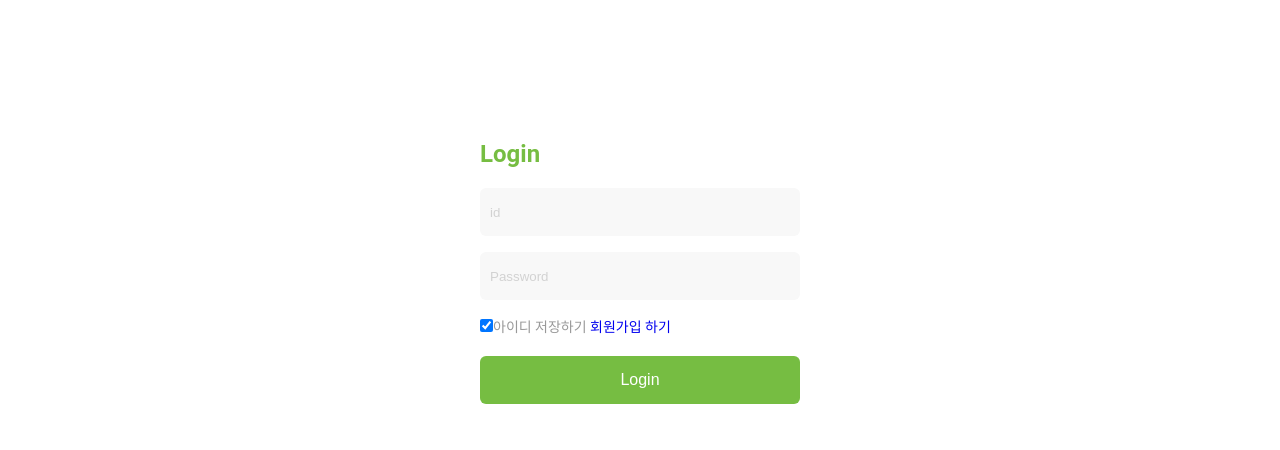
Repository: misosiruda/portfolio
Page: http://localhost/mallwithjsp/login/loginform.jsp
The author's editor kept a copy of each file at every save. The page is drawn from the files as they stood at one save, then again after the next save.
The browser window is 1280 px wide. The pictures show the whole page.
Some web libraries are served in a nearby version. The page is served by Tomcat 9. Other server files are loaded and not shown.

Above is the page before, as saved 2024-03-25 06:46:40.

### mallwithjsp/src/main/webapp/login/loginform.jsp
<%@ page language="java" contentType="text/html; charset=UTF-8"
	pageEncoding="UTF-8"%>
<%@ taglib prefix="c" uri="http://java.sun.com/jsp/jstl/core"%>
<!DOCTYPE html>
<html>

<head>
<meta charset="UTF-8">
<title>로그인 창</title>
<style>
* {
	padding: 0;
	margin: 0;
	border: none;
}

body {
	font-size: 14px;
	font-family: 'Roboto', sans-serif;
}

.login-wrapper {
	margin: 100px auto;
	width: 400px;
	height: 350px;
	padding: 40px;
	box-sizing: border-box;
}

.login-wrapper>h2 {
	font-size: 24px;
	color: #76bd42;
	margin-bottom: 20px;
}

#login-form>input {
	width: 100%;
	height: 48px;
	padding: 0 10px;
	box-sizing: border-box;
	margin-bottom: 16px;
	border-radius: 6px;
	background-color: #F8F8F8;
}

#login-form>input::placeholder {
	color: #D2D2D2;
}

#login-form>input[type="submit"] {
	color: #fff;
	font-size: 16px;
	background-color: #76bd42;
	margin-top: 20px;
}

#login-form>input[type="checkbox"] {
	display: none;
}

#login-form>label {
	color: #999999;
}

#login-form input[type="checkbox"]+label {
	cursor: pointer;
	padding-left: 26px;
	background-image: url("checkbox.png");
	background-repeat: no-repeat;
	background-size: contain;
}

#login-form input[type="checkbox"]:checked+label {
	background-image: url("checkbox-active.png");
	background-repeat: no-repeat;
	background-size: contain;
}

a {
	text-decoration: none;
}

</style>
<script type="text/javascript"
	src="https://code.jquery.com/jquery-1.10.2.min.js"></script>
</head>

<body>
	<div class="login-wrapper">
		<h2>Login</h2>
		<form method="post"
			action="http://localhost:8080/mallwithjsp/manager.do?command=login_check"
			id="login-form" name="frm">
			<input type="hidden" name="check" value="${check}">
			<input type="text" name="userid" placeholder="id">
			<input type="password" name="userpass" placeholder="Password">
			<label for="remember-check">
			<input type="checkbox" id="remember-check">아이디 저장하기
			<a href="./signaccountform.jsp">회원가입 하기</a>
			</label>
			<input type="submit" value="Login" onclick="return loginNullCheck()">
		</form>
	</div>
	<!-- 쿠키 이용한 아이디 저장 기능 스크립트 -->
	<script>
		$(document).ready(function() {
			var key = getCookie("idChk"); //user1
			if (key != "") {
				$("#userid").val(key);
			}

			if ($("#userid").val() != "") {
				$("#remember-check").attr("checked", true);
			}

			$("#remember-check").change(function() {
				if ($("#remember-check").is(":checked")) {
					setCookie("idChk", $("#userid").val(), 7);
				} else {
					deleteCookie("idChk");
				}
			});

			$("#userid").keyup(function() {
				if ($("#remember-check").is(":checked")) {
					setCookie("idChk", $("#userid").val(), 7);
				}
			});
		});
		function setCookie(cookieName, value, exdays) {
			var exdate = new Date();
			exdate.setDate(exdate.getDate() + exdays);
			var cookieValue = escape(value)
					+ ((exdays == null) ? "" : "; expires="
							+ exdate.toGMTString());
			document.cookie = cookieName + "=" + cookieValue;
		}

		function deleteCookie(cookieName) {
			var expireDate = new Date();
			expireDate.setDate(expireDate.getDate() - 1);
			document.cookie = cookieName + "= " + "; expires="
					+ expireDate.toGMTString();
		}

		function getCookie(cookieName) {
			cookieName = cookieName + '=';
			var cookieData = document.cookie;
			var start = cookieData.indexOf(cookieName);
			var cookieValue = '';
			if (start != -1) {
				start += cookieName.length;
				var end = cookieData.indexOf(';', start);
				if (end == -1)
					end = cookieData.length;
				cookieValue = cookieData.substring(start, end);
			}
			return unescape(cookieValue);
		}
	</script>
	<!-- 아이디 비번 체크 스크립트 -->
    <script src="../js/idpasscheck.js"></script>
	<script>
		//로드 될때 실행하는 코드
		if (document.frm.check.value == "wrong_userid") {
			alert("해당하는 아이디가 없습니다.");
		} else if (document.frm.check.value == "wrong_userpass") {
			alert("비밀번호가 틀렸습니다.");
		}
	</script>
</body>

</html>

### mallwithjsp/src/main/webapp/js/idpasscheck.js
function loginNullCheck()
{
    if (document.frm.userid.value.length === 0)
    {
        alert("아이디를 입력하세요.");
        return false;
    }
    if (document.frm.userpass.value.length === 0)
    {
        alert("비밀번호를 입력하세요.");
        return false;
    }
    return true;
}

After the next save:
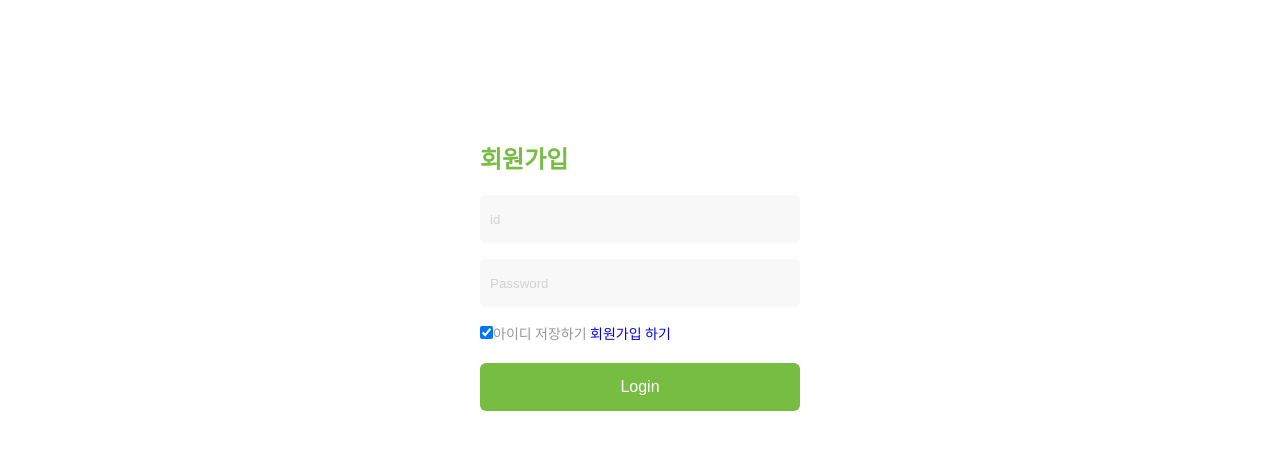
Saved 19 s later.
--- a/mallwithjsp/src/main/webapp/login/loginform.jsp
+++ b/mallwithjsp/src/main/webapp/login/loginform.jsp
@@ -87,7 +87,7 @@ a {
 
 <body>
 	<div class="login-wrapper">
-		<h2>Login</h2>
+		<h2>회원가입</h2>
 		<form method="post"
 			action="http://localhost:8080/mallwithjsp/manager.do?command=login_check"
 			id="login-form" name="frm">
